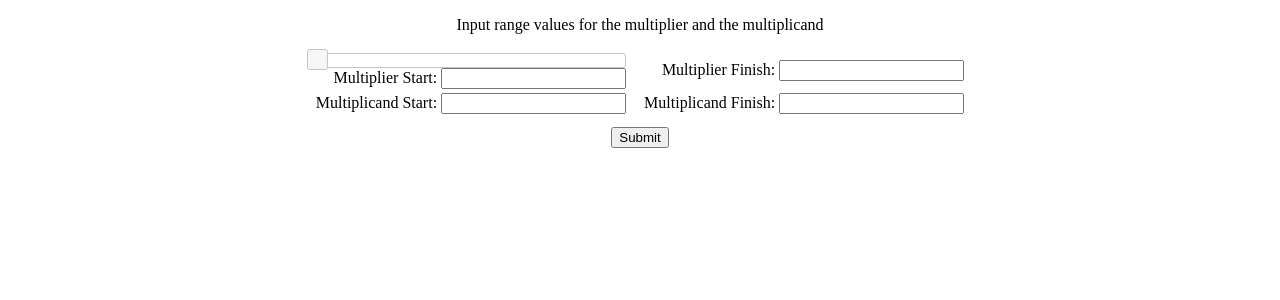
Repository: khrasna/HW4Part2
Page: index.html
The author's editor kept a copy of each file at every save. The page is drawn from the files as they stood at one save, then again after the next save.
The browser window is 1280 px wide. The pictures show the whole page.
Some web libraries are served in a nearby version.

Above is the page before, as saved 2021-11-13 16:18:09.

After the next save:
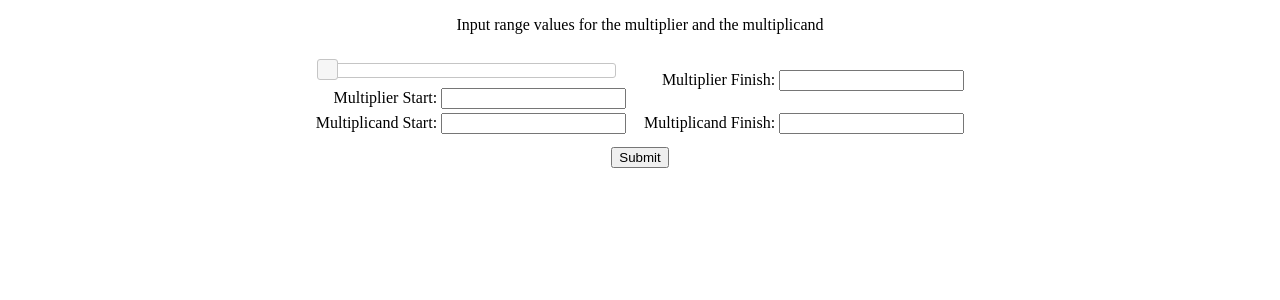
Saved 37 s later.
--- a/style.css
+++ b/style.css
@@ -5,7 +5,9 @@ body {
     text-align: center;
 }
 
-#slider-1 {}
+#slider-1 {
+    margin: 10px;
+}
 
 div#container {
     display: grid;
